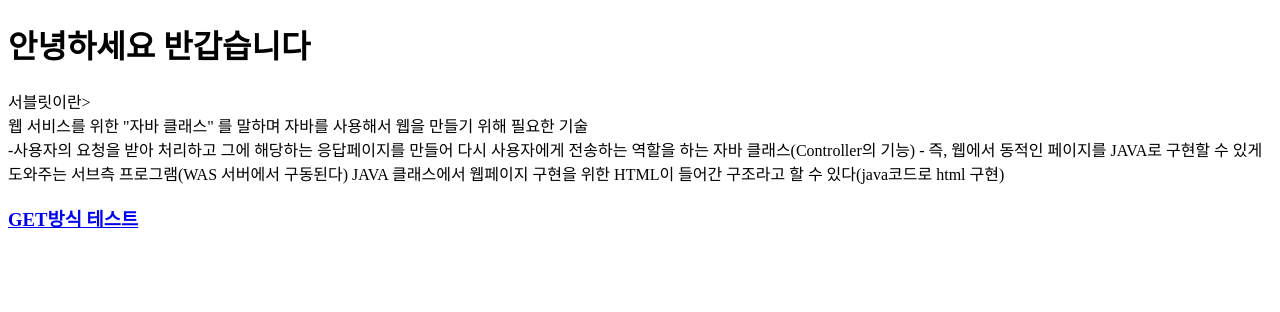
Repository: alswnsghd1234/Server_Study
Page: 1_Servlet/WebContent/index.html
An editor plug-in stored every save of this project. The page is shown before and after the next save, followed by the edit.
The browser window is 1280 px wide. The pictures show the whole page.

Above is the page before, as saved 2022-04-27 03:13:21.

### 1_Servlet/WebContent/index.html
<!DOCTYPE html>
<html>
<head>
<meta charset="UTF-8">
<title>Insert title here</title>
</head>
<body>
	<!--
		1) 새로운 워크페이스 만들어서 이클립스로 열기
		2) 워크페이스 세팅하기 (작업환경)
		2_1) 웹 애플리케이션을 하기 위해 java EE환경으로 설정하기(없다면 오른쪽 상단에 open perspective 눌러서 추가하기 거기에도 없으면 이클립스 ee버전으로 다시 받기)
		2_2) 보여질 UI탭 없어졌으면 설정하기 [window]-[show view]
		2_3) 인코딩 설정 및 서버 설정
		2_3_1) 인코딩 설정 : 영어 숫자 한글 등 모든 문자를 사용할 수 있게 UTF-8 인코딩으로 세팅하기
		-[window]-[preference](general-workspace)-(general-editor-text editors-spelling)-(web-css,html,jsp)-(xml-xml files)
		-(json-json files)

		2_3_2) 서버 Runtime : 이클립스에서 서버를 실행할 수 있도록 연동하는 과정(Server-Runtime Environments)-add-설치한 톰캣버전 맞추기 -next-name(수정기능 안하면 기본값)
							-Browse클릭 - 설치한 톰캣 폴더 선택 - finish

		3)서버 생성하기
		3_1) [New] - [Server]
		3_2) 창에 기본적으로 2_3_2번 과정에서 세팅한 Runtime이 잡혀있다. (server name도 변경가능)
		3_3)finish
		3_4)생성된 서버 수정하기(만들어진 서버 더블클릭)
		3_4_1)http 포트번호 재설정하기 (기본값인 8080에서 8888로 변경 또는 사용하지 않는 포트번호로 변경하기)
		3_4_2)왼쪽 하단 Server Option에 Server module without publishing 체크
			-class파일들의 경로설정을 위한 사항이기 때문에 무조건 체크해야한다.
		4)Dynamic web project 만들기(동적인 웹 어플리케이션)
		4_1)프로젝트명 신중하게 작성할것 - Next
		4_2)default output folder 경로 재설정 : WebContent\WEB-INF\classes-Naxt
			-out folder로 지정된 classes 폴더에는 컴파일된 클래스 파일들이 들어가는 폴더
			실제로 프로젝트 배포시 WebContent 폴더에 컴파일된 클래스가 담긴채로 배포된다
			기본경로(build\classes)로 해놓으면 그 폴더가 WebContent 폴더안에 생성되지않고 외부에 생기기 때문에 변경하는것
		4_3)Context root : 이 애플리케이션만의 고유한 이름으로 지어줄것(기본값은 프로젝트명이지만 보통은 재정의한다)
						-하나의 서버로 여러개의 애플리케이션을 구동시킬수 있다. 고유한 이름을 따라서 해당 애플리케이션에 접근하는 경로로 사용가능하며
						-가각ㄱ의 애플리케이션을 구분지을 수 있다.
			Content directiory : 실제로 배포되는 폴더(즉, 서버에 올라가는 폴더)의 최상위 폴더명을 지정하는것 - default output folder에 WebContent 폴더로 지정하기
			Generate web.xml deployment descriptor 무조건 체크할것(기본값은 체크되어있지 않음)
			-web.xml문서에 기본적인 해당 애플리케이션에 대한 전체 설정 정보를 가지고 있는 파일(서버실행과 동시에 메인페이지를 지정해준다)
			굳이 파일을 수정할 일이 없다면 만들지 않아도 되지만(server에 있는 web.xml)수정이 필요할수 있으니 미리대비하여 생성해놓는다

		4_4)finish

		5)서버에 프로젝트 올리기
		-서버 오른쪽 버튼 -add and remove 눌러서 왼쪽에 원하는 프로젝트 선택후 add 후 apply 하기


	 -->
	 <h1>안녕하세요 반갑습니다</h1>

	 <p>
	 	서블릿이란> <br>
	 	웹 서비스를 위한 "자바 클래스" 를 말하며 자바를 사용해서 웹을 만들기 위해 필요한 기술 <br>
	 	-사용자의 요청을 받아 처리하고 그에 해당하는 응답페이지를 만들어 다시 사용자에게 전송하는 역할을 하는 자바 클래스(Controller의 기능)
	 	- 즉, 웹에서 동적인 페이지를 JAVA로 구현할 수 있게 도와주는 서브측 프로그램(WAS 서버에서 구동된다)
	 	JAVA 클래스에서 웹페이지 구현을 위한 HTML이 들어간 구조라고 할 수 있다(java코드로 html 구현)
	 </p>

	<h3><a href="views/requestTest_GET.html">GET방식 테스트</a></h3>





</body>
</html>

After the next save:
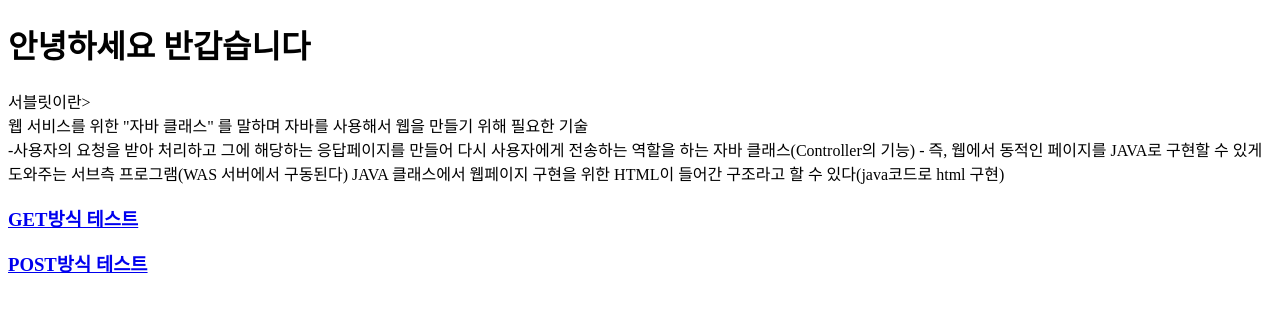
Saved 2 s later.
--- a/1_Servlet/WebContent/index.html
+++ b/1_Servlet/WebContent/index.html
@@ -58,6 +58,7 @@
 	 </p>
 
 	<h3><a href="views/requestTest_GET.html">GET방식 테스트</a></h3>
+	<h3><a href="views/requestTest_POST.html">POST방식 테스트</a></h3>
 
 
 
